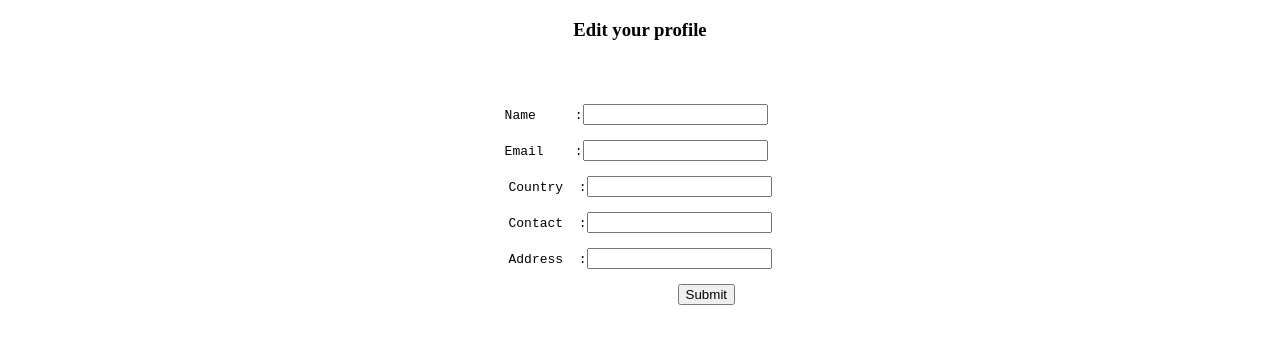
Repository: touhid-jisan/jsp-jdbc-servlet
Page: http://localhost/crud-full-practice/home
An editor plug-in stored every save of this project. The page is shown before and after the next save, followed by the edit.
The browser window is 1280 px wide. The pictures show the whole page.
The page is served by Tomcat 9.

Above is the page before, as saved 2019-12-29 08:08:30.

After the next save:
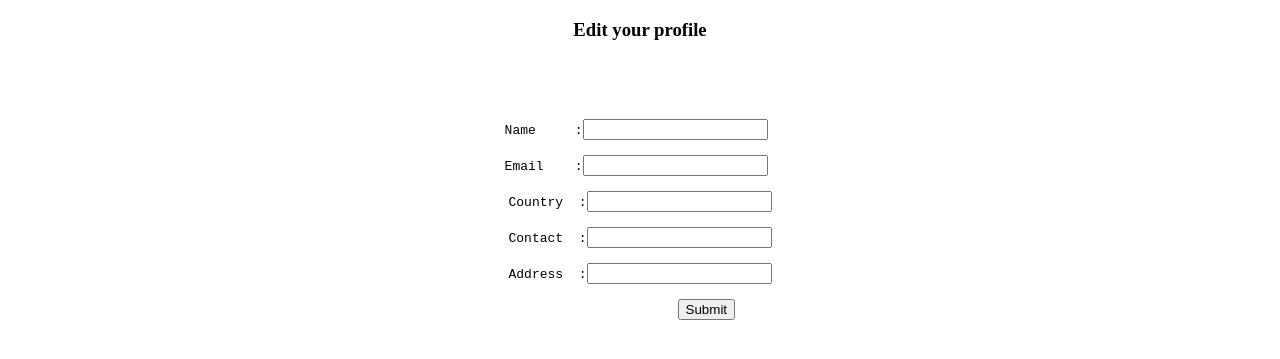
Saved 26 s later.
--- a/crud-full-practice/WebContent/edit-view.jsp
+++ b/crud-full-practice/WebContent/edit-view.jsp
@@ -1,8 +1,9 @@
 <%@ page language="java" contentType="text/html; charset=ISO-8859-1"
-    pageEncoding="ISO-8859-1"%>
+	pageEncoding="ISO-8859-1"%>
 
-    <%@ page import="com.iclique.crudfull.userDAO.* , com.iclique.crudfull.model.*, java.util.*"%>
-    <%@ taglib uri="http://java.sun.com/jsp/jstl/core" prefix="c" %>
+<%@ page
+	import="com.iclique.crudfull.userDAO.* , com.iclique.crudfull.model.*, java.util.*"%>
+<%@ taglib uri="http://java.sun.com/jsp/jstl/core" prefix="c"%>
 <!DOCTYPE html>
 <html>
 <head>
@@ -12,20 +13,21 @@
 </head>
 
 <body>
-<div align="center">
-<h3>Edit your profile</h3>
-<pre>
-<form  action="HomeServlet?action=update" method="post">
+	<div align="center">
+		<h3>Edit your profile</h3>
+		<pre>
+<form action="HomeServlet?action=update" method="post">
+
 		  <input type="hidden" value="${user.getId()}" name="id"><br>
 Name     :<input type="text" value='${user.getName() }' name="name"> <br>
 Email    :<input type="text" value='${user.getEmail()}' name="email"> <br>
-Country  :<input type="text" value="${user.getCountry()}" name="country" ><br>
+Country  :<input type="text" value="${user.getCountry()}" name="country"><br>
 Contact  :<input type="text" value="${user.getContact()}" name="contact"><br>
 Address  :<input type="text" value="${user.getAddress()}" name="address"><br>
 		  <input type="submit" value="Submit">
 
 </form>
 </pre>
-</div>
+	</div>
 </body>
 </html>
